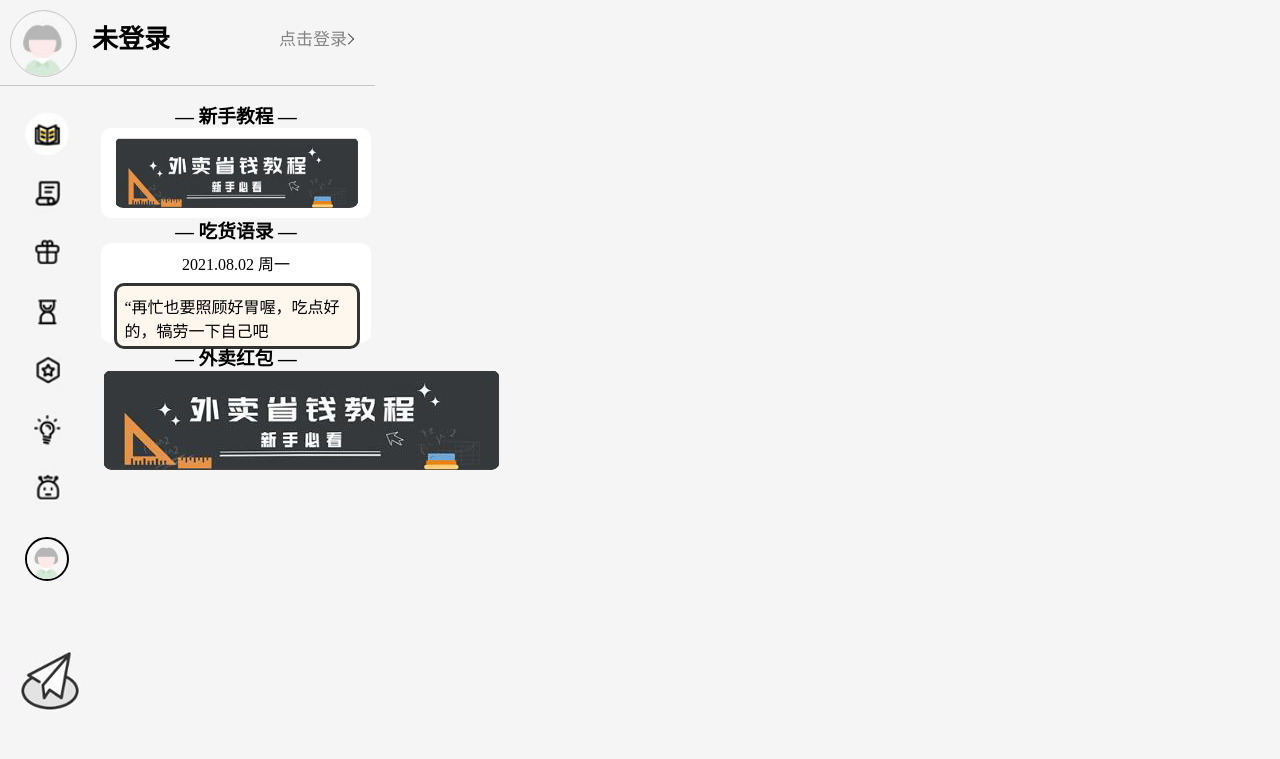
Repository: Privatexiao/projects
Page: Takeout assistant/index.html
The author's editor kept a copy of each file at every save. The page is drawn from the files as they stood at one save, then again after the next save.
The browser window is 1280 px wide. The pictures show the whole page.

Above is the page before, as saved 2021-08-02 17:17:15.

### Takeout assistant/index.html
<!DOCTYPE html>
<html lang="en">
<head>
    <meta charset="UTF-8">
    <meta http-equiv="X-UA-Compatible" content="IE=edge">
    <meta name="viewport" content="width=device-width, initial-scale=1.0">
    <script src="js/vue.js" type="text/javascript"></script>
    <script src="js/require.js" type="text/javascript"></script>
    <link href="css/index.css"  rel="stylesheet" type="text/css">
    <title>Document</title>
</head>
<body>
    <div id="app">
        <div class="bar">
            <div class="HeadPortrait"><a href="javaScript:"><img :src="userInfo.avatar"></div><span class="NoHeadPortrait">{{NoHeadPortrait}}</span></a>
            <div class="TheLogin">
                <a href="javaScript:">{{HeadPortrait}}<img src="img/Put It away.png"></a>
            </div>
        </div>
        <div class="LeftBar">
            <ul>
                <!-- <li v-for="(item, index) of list"
                    :key="index"
                    :class="{active:index == num}"
                    @click="addClassName(index)"
        >

        <img v-show="num!=index" :class="item.icon" src="img/新手教程.png"></img>
        <img v-show="num==index" :class="item.active" src="img/新手教程two.png"></img>

        <img v-show="num!=index" :class="item.icon" src="img/吃货语录.png"></img>
        <img v-show="num==index" :class="item.active" src="img/吃货语录two.png"></img>

        <img v-show="num!=index" :class="item.icon" src="img/外卖红包.png"></img>
        <img v-show="num==index" :class="item.active" src="img/外卖红包two.png"></img>

        <img v-show="num!=index" :class="item.icon" src="img/饭补活动.png"></img>
        <img v-show="num==index" :class="item.active" src="img/饭补活动two.png"></img>

        <img v-show="num!=index" :class="item.icon" src="img/大作战.png"></img>
        <img v-show="num==index" :class="item.active" src="img/大作战two.png"></img>

        <img v-show="num!=index" :class="item.icon" src="img/今天吃什么.png"></img>
        <img v-show="num==index" :class="item.active" src="img/今天吃什么two.png"></img>

                </li> -->
                <li><a href="#top1"><img src="img/新手教程two.png"></a></li>
                <li><a href="#top2"><img src="img/吃货语录.png"></a></li>
                <li><a href="#top3"><img src="img/外卖红包.png"></a></li>
                <li><a href="#top4"><img src="img/饭补活动.png"></a></li>
                <li><a href="#top5"><img src="img/大作战.png"></a></li>
                <li><a href="#top6"><img src="img/今天吃什么.png"></a></li>
                <li><a href="#top7"><img src="img/客服微信.png"></a></li>
                <li class="fot1"><a href="#top8"><img src="img/头像.png"></a></li>
                <li class="fot2"><a href="#top9"><img src="img/小飞机.png"></a></li>
            </ul>
        </div>

        <div class="TheTutorial"><a name="top1">
            <h3>—&nbsp;新手教程&nbsp;—</h3>
            <div class="xsjc_bj"><img src="img/新手教程nr.png"></div>
        </a></div>

        <div class="VersionQuotation"><a name="top2">
            <h3>—&nbsp;吃货语录&nbsp;—</h3>
            <div class="chyl_bj">
                <p>2021.08.02&nbsp;周一</p>
                <div class="chyl_nr">
                    <p>“再忙也要照顾好胃喔，吃点好的，犒劳一下自己吧</p>
                </div>
        </a></div>

        <div class="take_out"><a name="top3">
            <h3>—&nbsp;外卖红包&nbsp;—</h3>
            <div class="wmhb_bj">
                <img src="img/新手教程nr.png"></div>
        </a></div>
    </div>



    <script>
        let app = new Vue({
            el:'#app',
            data:{
                NoHeadPortrait:"未登录",
                HeadPortrait:"点击登录",
                userInfo:{
                    avatar:'img/头像.png'
                },

    //     list: [
    //     {
    //       icon: "iconfont icon-wode",  //原始显示的图标
    //       active: "iconfont icon-shouye", //点击之后要显示的图标
    //     },
    //     {
    //     icon: "iconfont icon-icon",
    //     active: "iconfont icon-gouwuche",
    //     },
    //     {
    //     icon: "iconfont icon-gouwuche",
    //     active: "iconfont icon-icon",
    //     },
    //     {
    //     icon: "iconfont icon-wode",
    //     active: "iconfont icon-shouye",
    //     }
    // ],
    // num: 0,
    // tabName: ""
    // },
    // methods: {
    // addClassName: function(index) {
    //     console.log(index);
    //     this.num = index;
    // }

            }
        })
    </script>
</body>
</html>

### Takeout assistant/css/index.css
/* 全局配置 */
body{
    width: 375px;
    height: 667px;
    min-width: 375px;
    background-color: rgb(245,245,245);
}
a{
    text-decoration: none;
    color: black;
}
*{
    padding: 0;
    margin: 0;
}
ul,ol{
    list-style: none;
}

/* 上面状态栏 */
.bar {
    width: 100%;
    height: 85px;
    float: left;
    border-bottom: 1px solid rgba(136, 136, 136, 0.438);
}
/* 头像 */
.bar .HeadPortrait img{
    margin: 10px 0 0 10px;
    float: left;
    width: 65px;
    height: 65px;
    border: 1px solid rgba(136, 136, 136, 0.438);
    border-radius: 50%;
}
/* 未登录 */
.bar .NoHeadPortrait{
    float: left;
    font-size: 26px;
    font-weight:bold;
    line-height: 80px;
    margin-left: 15px;
}
/* 点击登录 */
.bar .TheLogin a{
    float: right;
    line-height: 80px;
    font-size: 17px;
    margin-right: 20px;
    color: rgba(114, 114, 114, 0.87);
}

/* 左边图标状态栏 */
.LeftBar{
    margin: 15px 0 15px 15px;
    float: left;
}
.LeftBar ul li{
    margin: 10px 0 10px 10px;
    cursor: pointer;
}
.LeftBar ul li img{
    width: 45px;
    height: 45px;
}
.LeftBar ul .fot1 img{
    width: 40px;
    height: 40px;
    border: 2px solid black;
    border-radius: 50%;
    margin-top: 13px;
}
.LeftBar ul .fot2 img{
    width: 80px;
    height: 80px;
    margin: 45px 10px 10px -15px;
}


/* 新手教程 */
.TheTutorial{
    float: left;
    margin: 15px 1px 10px 1px;
    width: 270px;
    height: 90px;
}
/* 新手教程背景白色图片 */
.TheTutorial .xsjc_bj{
    background-color: white;
    width: 270px;
    height: 90px;
    text-align: center;
    border-radius: 10px;
}
/* 新手教程标题 */
.TheTutorial h3,
.VersionQuotation h3,
.take_out h3{
    text-align: center;
}
/* 新手教程内容图片 */
.TheTutorial .xsjc_bj img{
    padding-top: 10px;
    width: 245px;
    height: 70px;
    border-radius: 9px;
}

/* 吃货语录 */
.VersionQuotation{
    float: left;
    margin: 15px 1px 10px 1px;
    width: 270px;
    height: 90px;
}
.VersionQuotation p{
    text-align: center;
    padding: 8px;
}
.VersionQuotation .chyl_bj{
    background-color: white;
    width: 270px;
    height: 100px;
    text-align: center;
    border-radius: 10px;
}
.VersionQuotation .chyl_nr{
    background-color: rgb(253,247,237);
    width: 240px;
    height: 60px;
    border-radius: 10px;
    border: 3px solid rgb(51,51,51);
    margin-left: 12.5px;
}
.VersionQuotation .chyl_nr p{
    text-align: left;
}

Loaded but not shown: Takeout assistant/js/vue.js (library); Takeout assistant/js/require.js (2145 lines, source omitted)

After the next save:
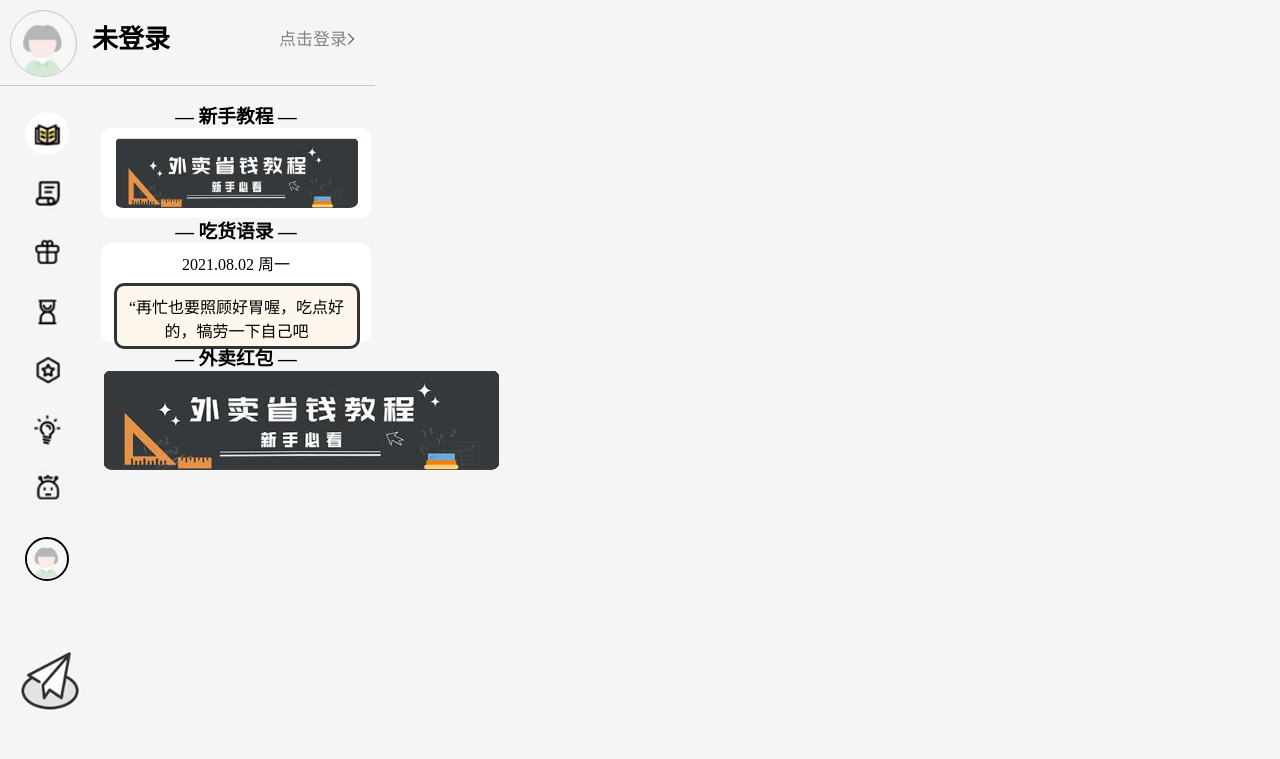
Saved 10 s later.
--- a/Takeout assistant/css/index.css
+++ b/Takeout assistant/css/index.css
@@ -132,6 +132,6 @@
     border: 3px solid rgb(51,51,51);
     margin-left: 12.5px;
 }
-.VersionQuotation .chyl_nr p{
+/* .VersionQuotation .chyl_nr p{
     text-align: left;
-}
+} */

After the save that followed:
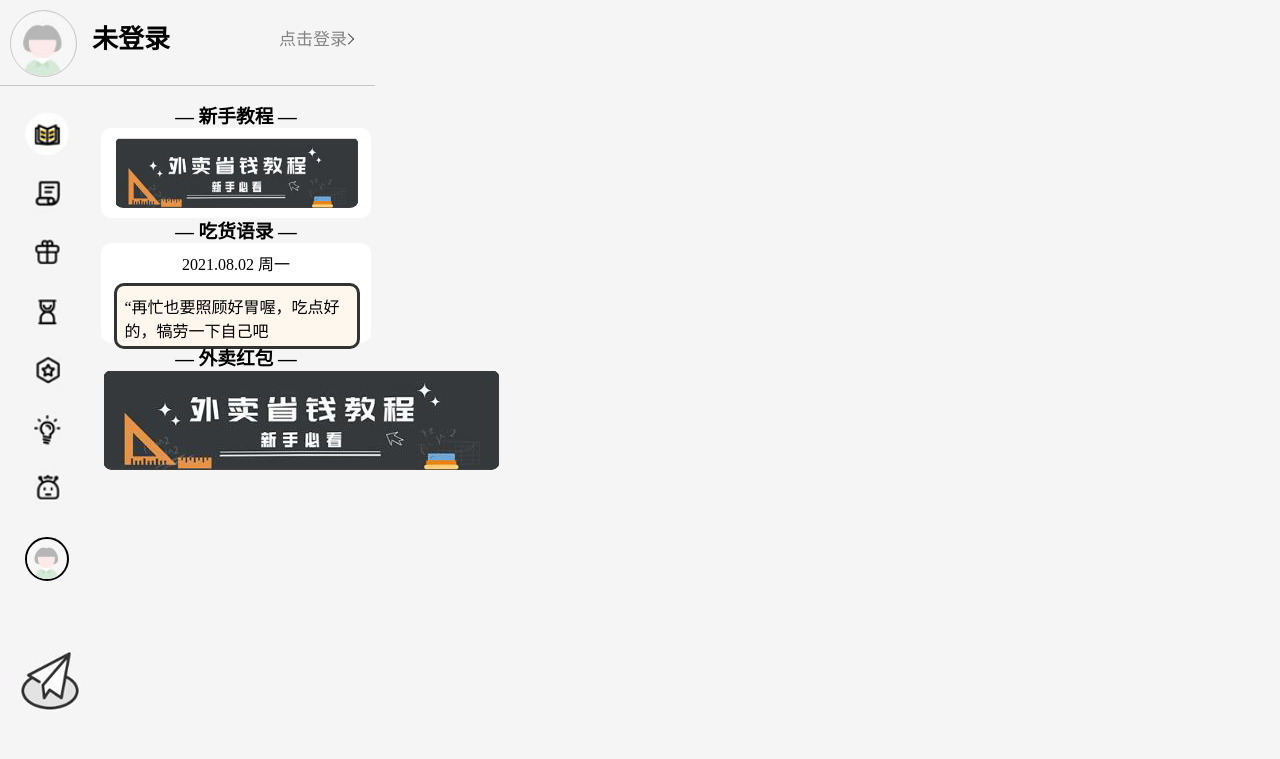
Saved 53 s later.
--- a/Takeout assistant/css/index.css
+++ b/Takeout assistant/css/index.css
@@ -132,6 +132,6 @@
     border: 3px solid rgb(51,51,51);
     margin-left: 12.5px;
 }
-/* .VersionQuotation .chyl_nr p{
+.VersionQuotation .chyl_nr p{
     text-align: left;
-} */
+}
